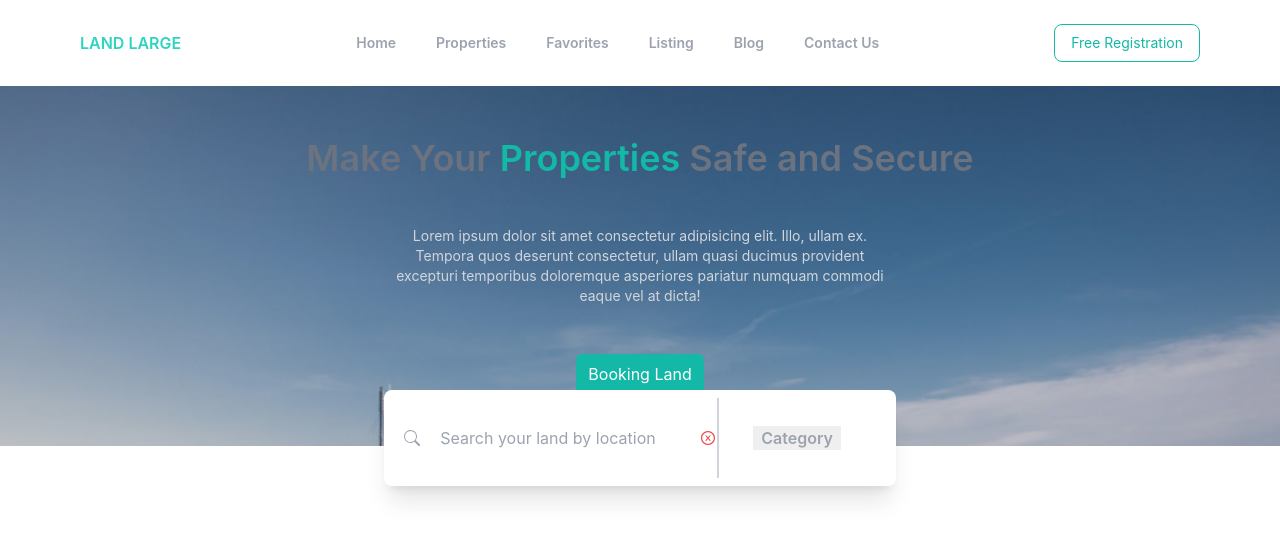
Repository: MuniruIssah/realestate
Page: /
The author's editor kept a copy of each file at every save. The page is drawn from the files as they stood at one save, then again after the next save.
The browser window is 1280 px wide. The pictures show the whole page.
The project was rebuilt for these pictures with package versions that can differ from the ones it lists, and the page was loaded fresh each time. Also part of the build but not shown: src/App.css.

Above is the page before, as saved 2022-02-19 23:04:32.

### src/App.js
import logo from './logo.svg';
import './App.css';
import Header from './components/Header';
import Jumbotron from './components/Jumbotron';
import Search from './components/Search';

function App() {
  return (
    <div className="h-screen">
      <Header/>
      <Jumbotron/>
      <Search/>

    </div>
  );
}

export default App;

### src/components/Header.js
import React from "react";
const links = [
  "Home",
  "Properties",
  "Favorites",
  "Listing",
  "Blog",
  "Contact Us",
];
const Header = () => {
  return (
    <div className="flex justify-between items-center px-3 lg:px-20 py-6">
      <span className="uppercase text-teal-400  font-semibold">land large</span>
      <div className="hidden lg:flex space-x-10 items-center">
        {links.map((link, index) => (
          <LinkItem key={index} name={link} />
        ))}
      </div>
      <button className="text-teal-500 border border-teal-500 rounded rounded-lg py-2 px-4 text-sm">
          Free Registration
      </button>
    </div>
  );
};

export default Header;

const LinkItem = ({ name }) => {
  return (
    <a href="#" className="text-gray-400 hover:text-teal-500 font-semibold text-sm">
      {name}
    </a>
  );
};

### src/components/Jumbotron.js
import React from "react";
import building from "../assets/R.png";
const Jumbotron = () => {
  return (
    <div
      style={{ backgroundImage: `url(${building})` }}
      className="h-3/6 flex flex-col justify-center items-center space-y-12 w-full  bg-no-repeat bg-cover bg-cent"
    >
      <span className="lg:text-4xl text-gray-500 text-center font-semibold">
        Make Your <span className="text-teal-500">Properties</span> Safe and
        Secure
      </span>
      <p className="text-gray-300 text-sm text-center max-w-lg">
        Lorem ipsum dolor sit amet consectetur adipisicing elit. Illo, ullam ex.
        Tempora quos deserunt consectetur, ullam quasi ducimus provident
        excepturi temporibus doloremque asperiores pariatur numquam commodi
        eaque vel at dicta!
      </p>
      <button className="text-white bg-teal-500 py-2 px-3 rounded rounded-md">
          Booking Land
      </button>
    </div>
  );
};

export default Jumbotron;

### src/components/Search.js
import React from "react";
import { BsSearch } from "react-icons/bs";
import { AiOutlineCloseCircle } from "react-icons/ai";
const Search = () => {
  return (
    <div className="hidden lg:block relative w-full bg-blue-600">
      <div className="absolute h-24 w-full  -top-14">
        <div className="flex shadow shadow-xl h-full w-2/5 rounded rounded-lg bg-white mx-auto px-5 py-2">
          <div className="basis-2/3 flex items-center justify-center border-r-2 border-gray-300 space-x-5 ">
            <BsSearch className="text-gray-400" />
            <input
              type="text"
              className="w-60 outline-none text-gray-400"
              placeholder="Search your land by location"
            />
            <AiOutlineCloseCircle className="text-red-500" />
          </div>
          <div className="flex justify-center items-center basis-1/3">
            <select
              name="category"
              className="text-gray-400 outline-none px-2 font-semibold appearance-none"
              id=""
            >
              <option>Category</option>
            </select>
          </div>
        </div>
      </div>
    </div>
  );
};

export default Search;

Loaded but not shown: public/index.html (common file); src/index.js (common file); src/index.css (common file); src/reportWebVitals.js (common file); tailwind.config.js (common file)

After the next save:
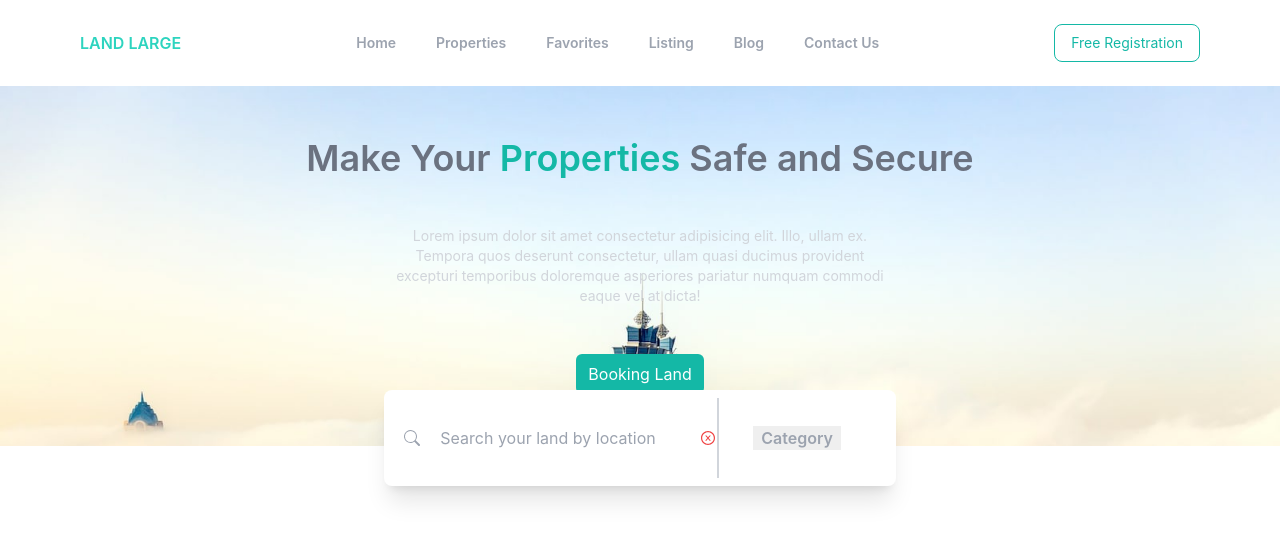
Saved 5 s later.
--- a/src/components/Jumbotron.js
+++ b/src/components/Jumbotron.js
@@ -1,10 +1,10 @@
 import React from "react";
-import building from "../assets/R.png";
+import building from "../assets/building_cloud.jpg";
 const Jumbotron = () => {
   return (
     <div
       style={{ backgroundImage: `url(${building})` }}
-      className="h-3/6 flex flex-col justify-center items-center space-y-12 w-full  bg-no-repeat bg-cover bg-cent"
+      className="h-3/6 flex flex-col justify-center items-center space-y-12 w-full  bg-no-repeat bg-cover"
     >
       <span className="lg:text-4xl text-gray-500 text-center font-semibold">
         Make Your <span className="text-teal-500">Properties</span> Safe and
